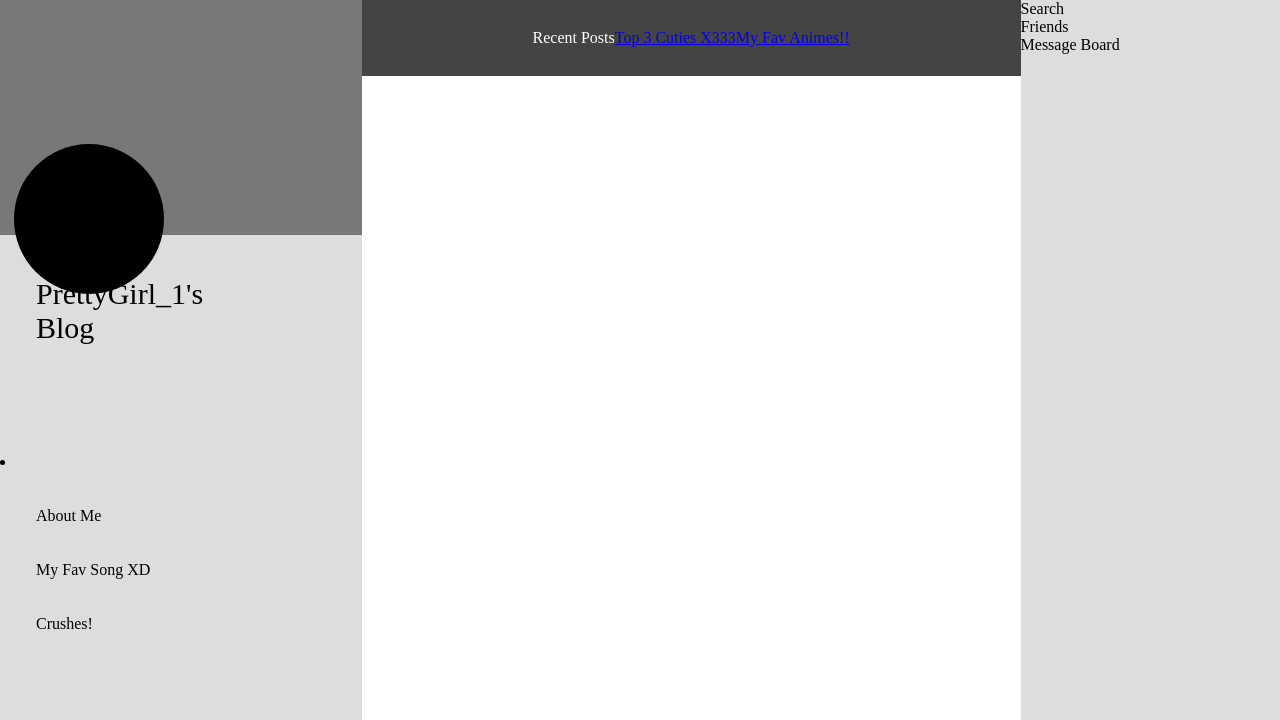
Repository: Jennica1/Frontend-Final
Page: index.html
These files come from the project's save history. The page is drawn as it stood at one moment and after the next save; the edit follows.
The browser window is 1280 px wide. The pictures show the whole page.

Above is the page before, as saved 2024-05-16 19:50:17.

### index.html
<!DOCTYPE html>
<html lang="en">

<head>
  <title>My Blog!!</title>
  <meta charset="UTF-8">
  <meta name="viewport" content="width=device-width, initial-scale=1">
  <link rel="stylesheet" href="style.css">
</head>

<body>
  <div class="content">

    <div class="flexbox">

      <div class="sidebar-wrapper">

        <!--Side Nav Left-->
        <div class="sidebar-left">
          <img src="images/Ellipse 1.svg" class="profile" width="150px" />
          <div class="background-container">
          <img src="images/Rectangle 2.svg" alt="background image" class="background-photo" />
          </div>
          <p class="username">@ponyboy_lovr22</p>
          <p class="nickname">PrettyGirl_1's Blog</p>
          <li class="sidebar-list">
            <ul class="item">About Me</ul>
            <ul class="item">My Fav Song XD</ul>
            <ul class="item">Crushes!</ul>
          </li>
        </div>
      </div>
      <!-- recents -->
      <div class="">
      </div>

      <div class="main-content"> <!-- PUT ALL MAIN CONTENT BELOW THE HEADER -->
        <!-- Header -->
        <header class="header">
          <li class="content-list">
            <ul>Recent Posts</ul>
            <ul><a class="rating-link" href="topThree.html">Top 3 Cuties X333</a></ul>
            <ul><a class="anime-link" href="anime.html">My Fav Animes!!</a></ul>
          </li>
        </header>
      </div>

      <!-- Pagination
    <div class="">
      <div class="">
        <a href="#" class="">«</a>
        <a href="#" class="">1</a>
        <a href="#" class="">2</a>
        <a href="#" class="">3</a>
        <a href="#" class="">4</a>
        <a href="#" class="">»</a>
      </div>
    -->
      <!--Side Nav Right-->
      <div class="sidebar-right">
        <div>Search</div>
        <div>Friends</div>
        <div>Message Board</div>
      </div>
    </div>


  </div>
  </div>
</body>

</html>

### style.css
* {
  margin: 0;
  padding: 0;
}

.content {
  display: flex;
  flex-direction: column;
}

.flexbox {
  display: flex;
  flex-direction: row;
  justify-content: space-between;
  gap: 0;
}

.sidebar-wrapper {
  display: flex;
  justify-content: center;
  height: 100vh;

}

.sidebar-left {
  position: relative;
  background-color: rgb(221, 221, 221);
  z-index: 0;
  padding-right: 9.1rem;
  width: 30vh;
}

.profile {
  z-index: 1;
  position: absolute;
  margin-top: 20vh;
  margin-left: 2vh;
}

.background-photo {
  position: absolute;
  top: 0;
  left: 0;
  width: 100%;

  object-fit: cover;

}

.background-container {
  width: 100%;
}

.username {
  margin-top: 30vh;
  margin-left: 20vh;
}

.nickname {
  font-size: 30px;
  margin-top: 6vh;
  margin-left: 5vh;
}

.sidebar-list {
  margin-top: 15vh;
}

.item {
  margin: 5vh;
}

.content-list {
  display: flex;
  margin: 4vh;
}


.sidebar-right {
  background-color: rgb(221, 221, 221);
  z-index: 0;
  width: 70vh;
}

.header {
  background-color: #444444;
  color: #ffffff;
  display: flex;
  justify-content: center;
}

.main-content {
  width: 100%;
}

After the next save:
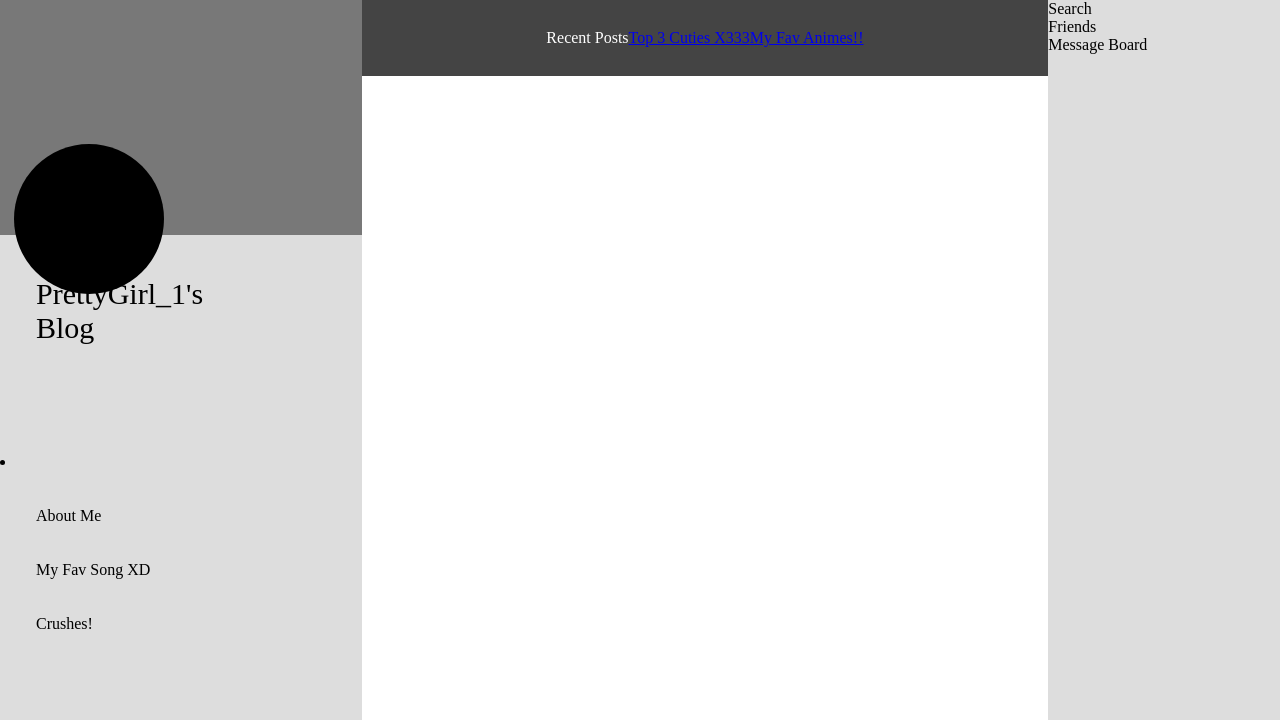
Saved 4 s later.
--- a/style.css
+++ b/style.css
@@ -79,7 +79,7 @@
 .sidebar-right {
   background-color: rgb(221, 221, 221);
   z-index: 0;
-  width: 70vh;
+  width: 60vh;
 }
 
 .header {
